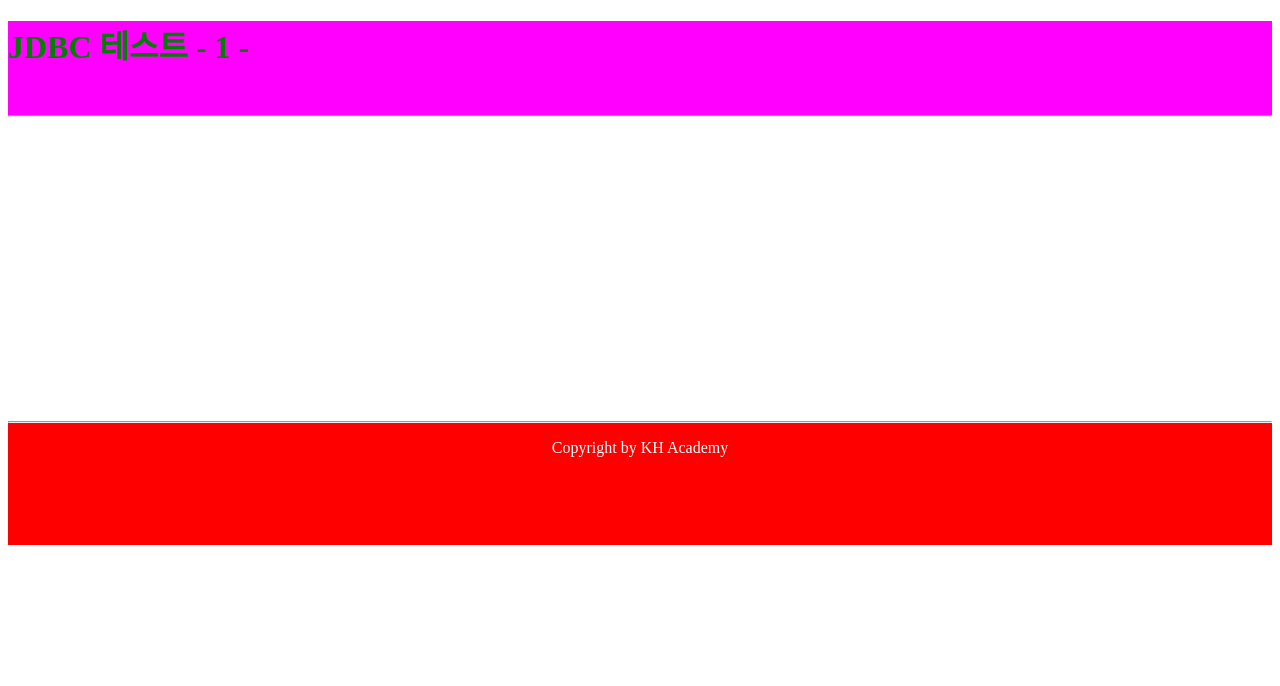
Repository: steeveelee2/WEB_Study
Page: http://localhost/JDBC1Project/
An editor plug-in stored every save of this project. The page is shown before and after the next save, followed by the edit.
The browser window is 1280 px wide. The pictures show the whole page.
The page is served by Tomcat 9.

Above is the page before, as saved 2018-10-16 04:40:23.

After the next save:
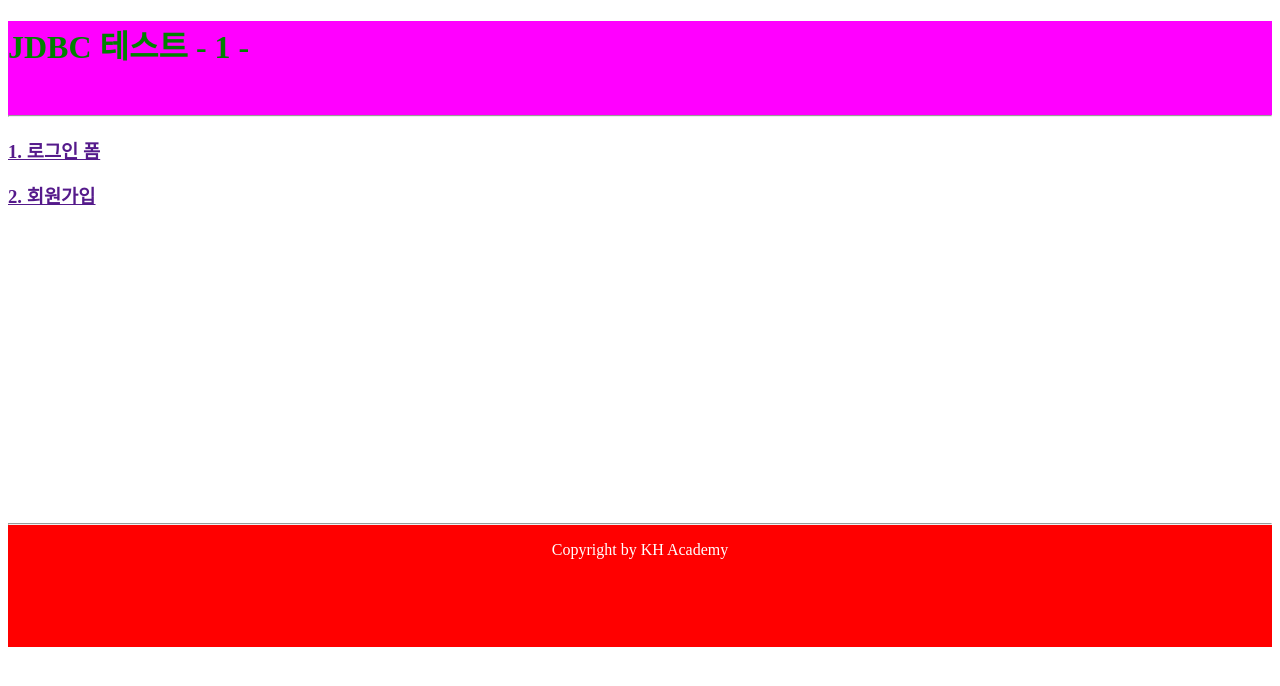
Saved 28 s later.
--- a/webWorkspace/JDBC1Project/web/index.jsp
+++ b/webWorkspace/JDBC1Project/web/index.jsp
@@ -8,6 +8,15 @@
 </head>
 <body>
 	<%@ include file="views/common/header.jsp" %>
+
+	<h3>
+		<a href="">1. 로그인 폼</a>
+	</h3>
+
+	<h3>
+		<a href="">2. 회원가입</a>
+	</h3>
+
 	<%@ include file="views/common/footer.jsp" %>
 </body>
 </html>
